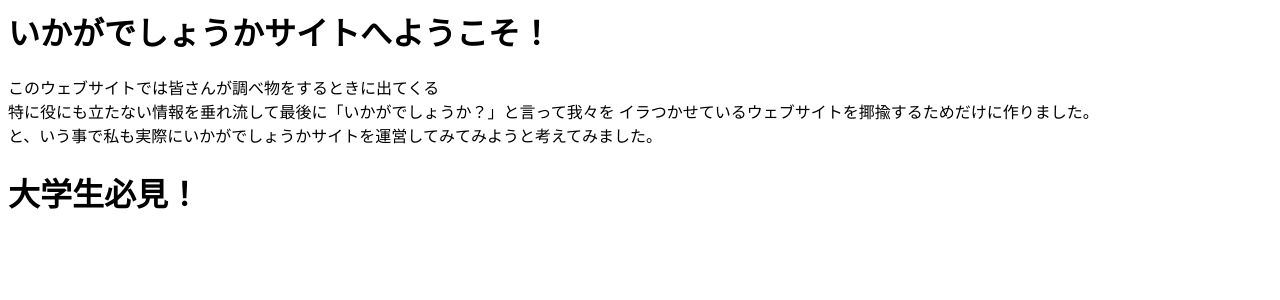
Repository: ghevp/ikagadeshoka
Page: page/home.html
An editor plug-in stored every save of this project. The page is shown before and after the next save, followed by the edit.
The browser window is 1280 px wide. The pictures show the whole page.

Above is the page before, as saved 2022-06-23 10:57:49.

After the next save:
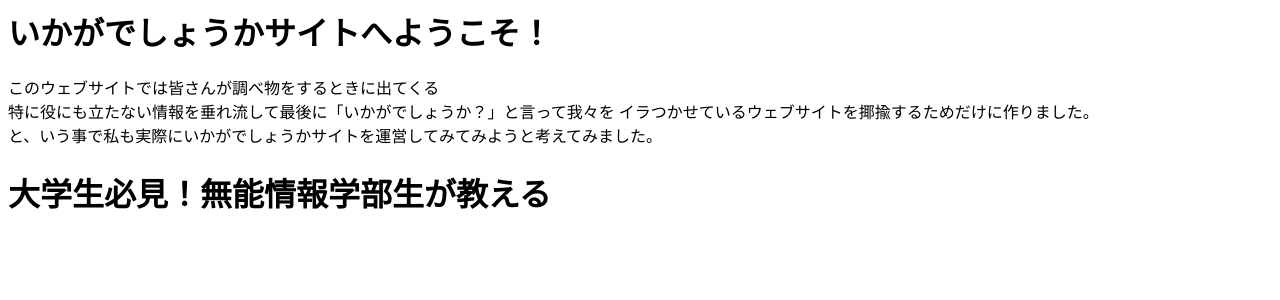
Saved 7 s later.
--- a/page/home.html
+++ b/page/home.html
@@ -7,7 +7,7 @@
 
 </p>
 <h1>
-    大学生必見！
+    大学生必見！無能情報学部生が教える
 </h1>
 
 </div>
